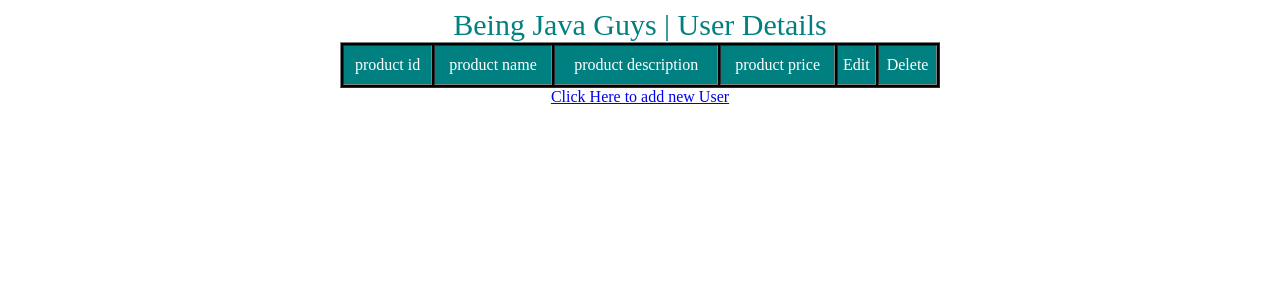
Repository: kalaivanan94/maven
Page: http://localhost/PetWorld/WEB-INF/view/list.jsp
The author's editor kept a copy of each file at every save. The page is drawn from the files as they stood at one save, then again after the next save.
The browser window is 1280 px wide. The pictures show the whole page.
The page is served by Tomcat 9. Nobody is signed in. Other server files are loaded and not shown. The template is opened directly, without the code that normally fills it, so the values that code supplies are empty.

Above is the page before, as saved 2016-09-09 04:31:13.

### 8th upload/mav/PetWorld/src/main/webapp/WEB-INF/view/list.jsp
<%@ page language="java" contentType="text/html; charset=UTF-8"
	pageEncoding="UTF-8"%>
<%@taglib prefix="c" uri="http://java.sun.com/jsp/jstl/core"%>
<%@page isELIgnored="false"%>
<!DOCTYPE html PUBLIC "-//W3C//DTD HTML 4.01 Transitional//EN" "http://www.w3.org/TR/html4/loose.dtd">
<html>
<head>
<meta http-equiv="Content-Type" content="text/html; charset=UTF-8">
<title>Being Java Guys | User Details</title>
</head>
<body>
	<center>
		<div style="color: teal; font-size: 30px">Being Java Guys | User
			Details</div>
		<%-- <c:if test="${!empty productList}"> --%>
		<table border="1" bgcolor="black" width="600px">
			<tr style="background-color: teal; color: white; text-align: center;"
				height="40px">
				<td>product id</td>
				<td>product name</td>
				<td>product description</td>
				<td>product price</td>
				<td>Edit</td>
				<td>Delete</td>
			</tr>
			<c:forEach items="${productList}" var="user">
				<tr
					style="background-color: black; color: white; text-align: center;"
					height="30px">
					<td>${user.pid}</td>
					<td>${user.name}</td>
					<td>${user.description}</td>
					<td>${user.price}</td>
					<td><a href="edit?id=${user.pid}">Edit</a></td>
					<td><a href="deleteProduct?id=${user.pid}">Delete</a></td>
				</tr>
			</c:forEach>
		</table>
		<%-- </c:if> --%>
		<a href="form">Click Here to add new User</a>
	</center>
</body>
</html>

After the next save:
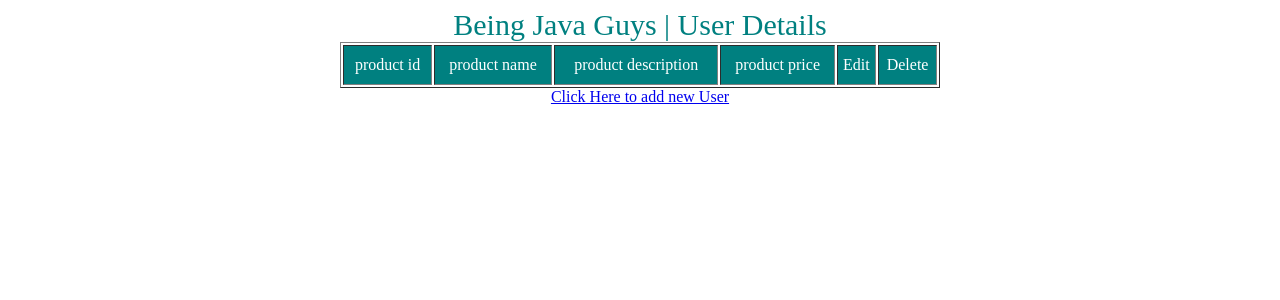
Saved 56 s later.
--- a/8th upload/mav/PetWorld/src/main/webapp/WEB-INF/view/list.jsp
+++ b/8th upload/mav/PetWorld/src/main/webapp/WEB-INF/view/list.jsp
@@ -13,7 +13,7 @@
 		<div style="color: teal; font-size: 30px">Being Java Guys | User
 			Details</div>
 		<%-- <c:if test="${!empty productList}"> --%>
-		<table border="1" bgcolor="black" width="600px">
+		<table border="1" bgcolor="white" width="600px">
 			<tr style="background-color: teal; color: white; text-align: center;"
 				height="40px">
 				<td>product id</td>
